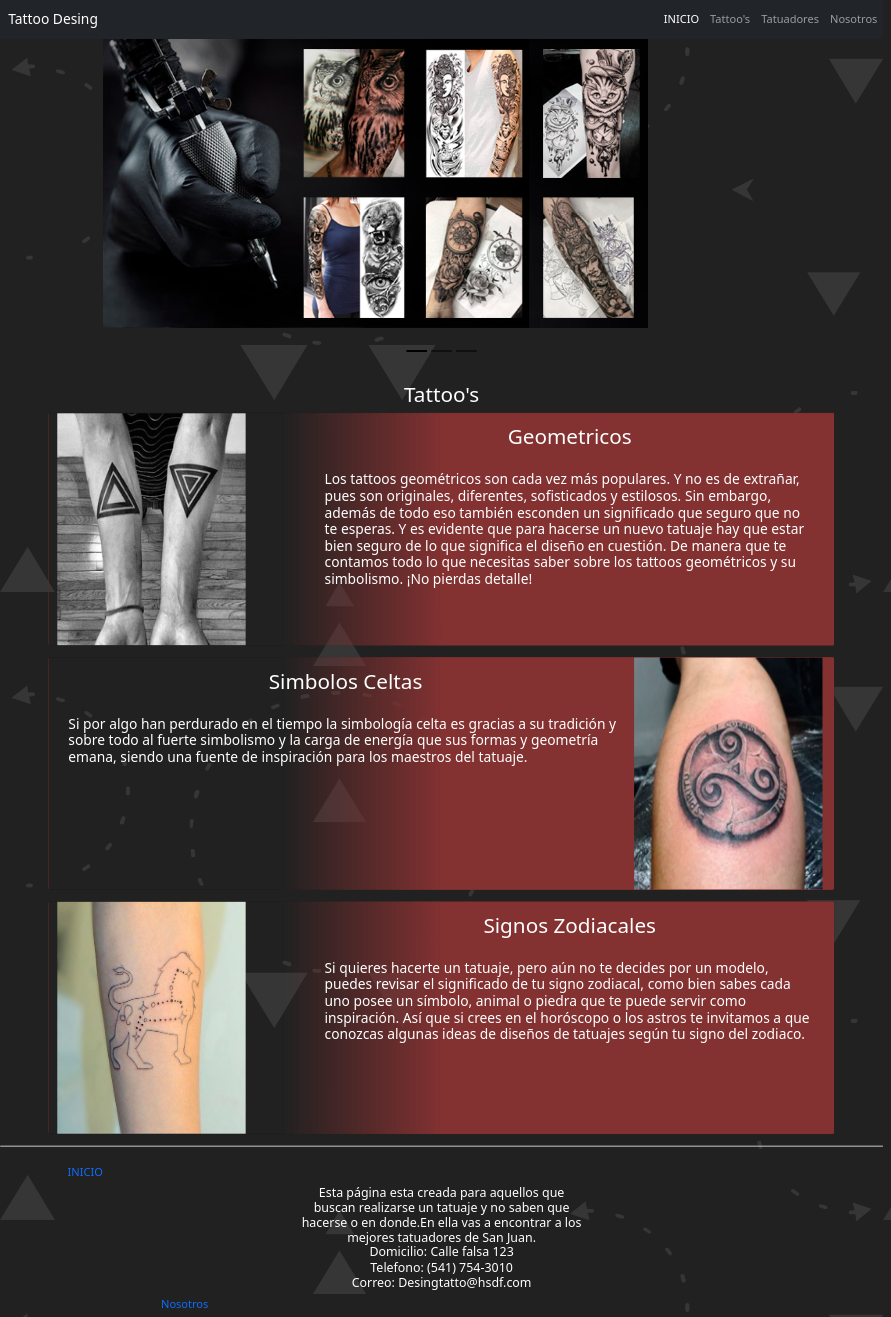
Repository: Vladimir-22/TatooDesign
Page: index.html
These files come from the project's save history. The page is drawn as it stood at one moment and after the next save; the edit follows.
The browser window is 1280 px wide. The page is 1292 px wide, so the pictures cover 1292 px, including what lies to the right of the window. The pictures show the whole page, at 69% of full size.
Some web libraries are served in a nearby version.

Above is the page before, as saved 2021-05-19 22:12:25.

After the next save:
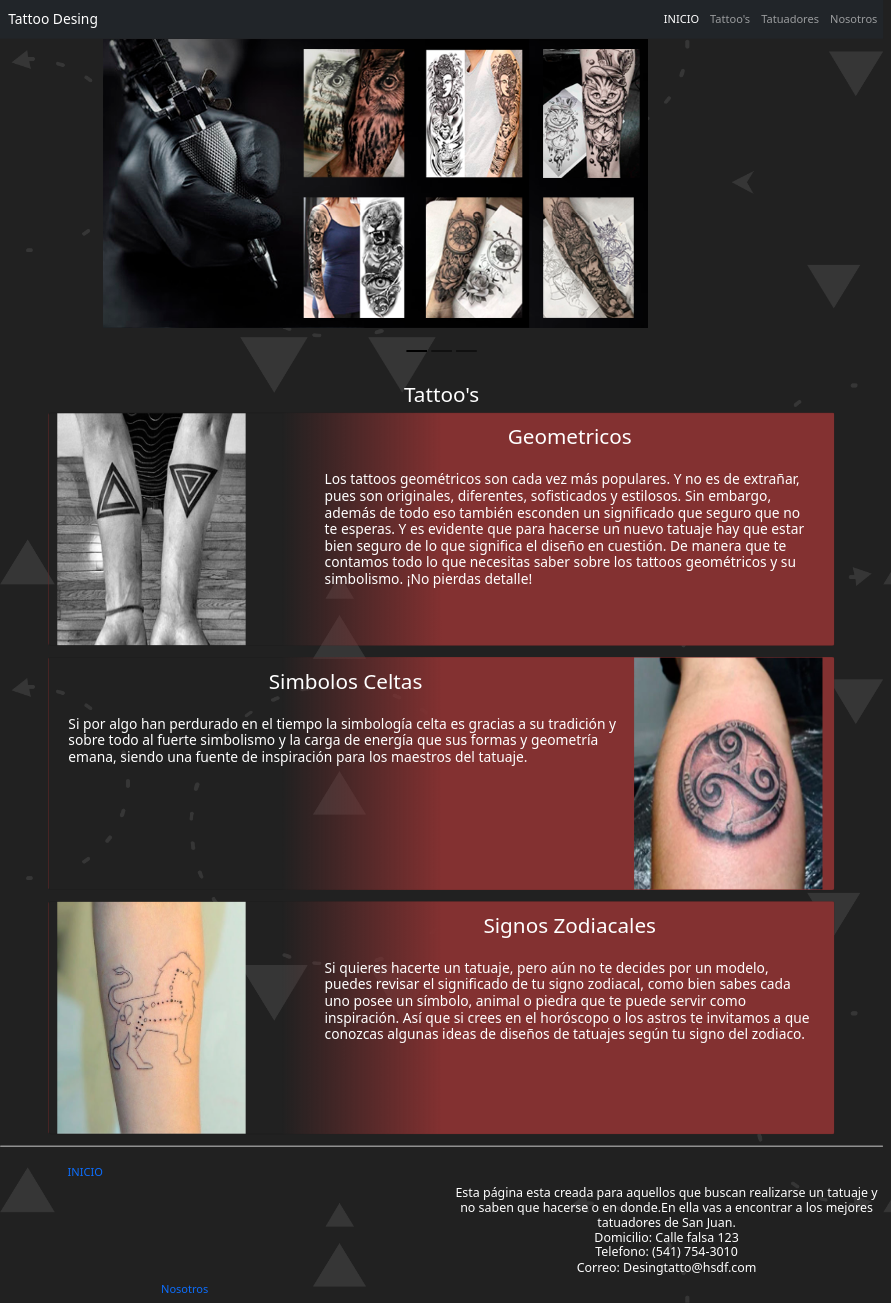
Saved 110 s later.
--- a/index.html
+++ b/index.html
@@ -275,8 +275,8 @@
                 <div class="col-md-2"></div>
             </div>
             <div class="row">
-                <div class="col-md-4"></div>
-                <div class="col-md-4">
+                <div class="col-md-6"></div>
+                <div class="col-md-6">
                     <h3 id="descrip-gral" class="card-text">
                         Esta página esta creada para aquellos que buscan realizarse un
                         tatuaje y no saben que hacerse o en donde.En ella vas a
@@ -290,7 +290,7 @@
             </div>
             <div class="row">
                 <div class="col-md-2"></div>
-                <div class="col-md-2 aling-rigth">
+                <div class="col-md-2">
                     <a class="nav-link" href="nosotros.html" tabindex="-1" aria-disabled="true" >Nosotros</a>
                 </div>
             </div>
